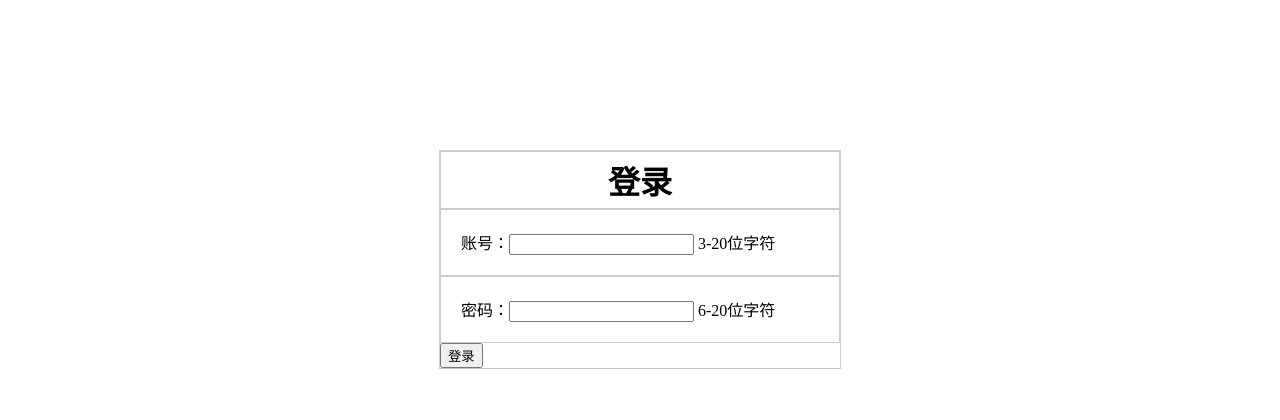
Repository: MasterKweng/workspace
Page: WebBasic/WebContent/day03 js/loginandout.html
These files come from the project's save history. The page is drawn as it stood at one moment and after the next save; the edit follows.
The browser window is 1280 px wide. The pictures show the whole page.

Above is the page before, as saved 2018-01-10 03:47:16.

After the next save:
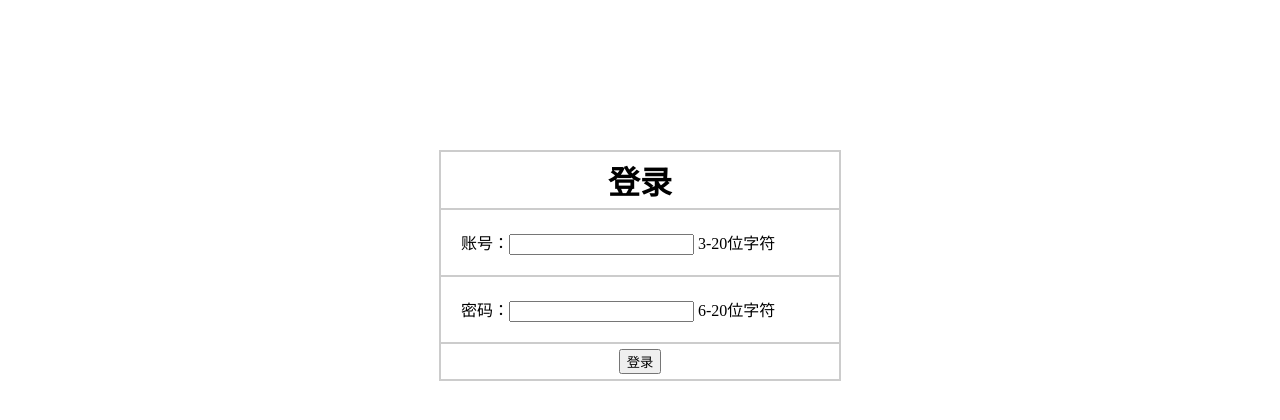
Saved 14 s later.
--- a/WebBasic/WebContent/day03 js/loginandout.html
+++ b/WebBasic/WebContent/day03 js/loginandout.html
@@ -20,6 +20,12 @@
 				padding:20px;
 				border:1px solid #ccc;
 			}
+			form div{
+				text-align:center;
+				margin:0;
+				padding:5px;
+				border:1px solid #ccc;
+			}
 		</style>
 		<script type="text/javascript">
 
